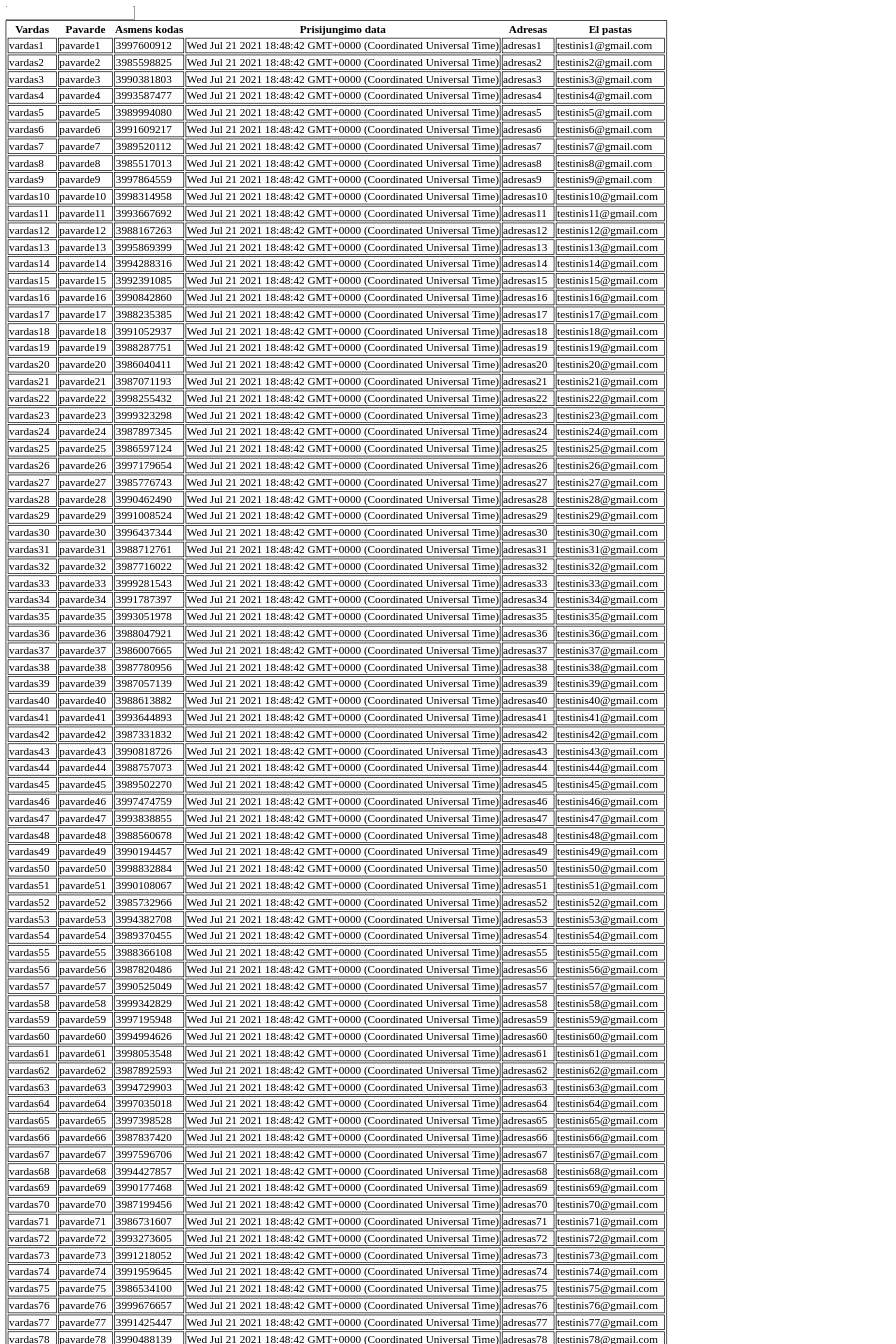
Repository: motiejus1/29-paskaita-05.31
Page: index.html
These files come from the project's save history. The page is drawn as it stood at one moment and after a run of saves; the edit follows.
The browser window is 1280 px wide. The pictures show the part of the page from y = 0 to 1920 px (the page is 4863 px tall), at 70% of full size.

Above is the page before, as saved 2021-07-21 18:48:34.

After the next 2 saves:
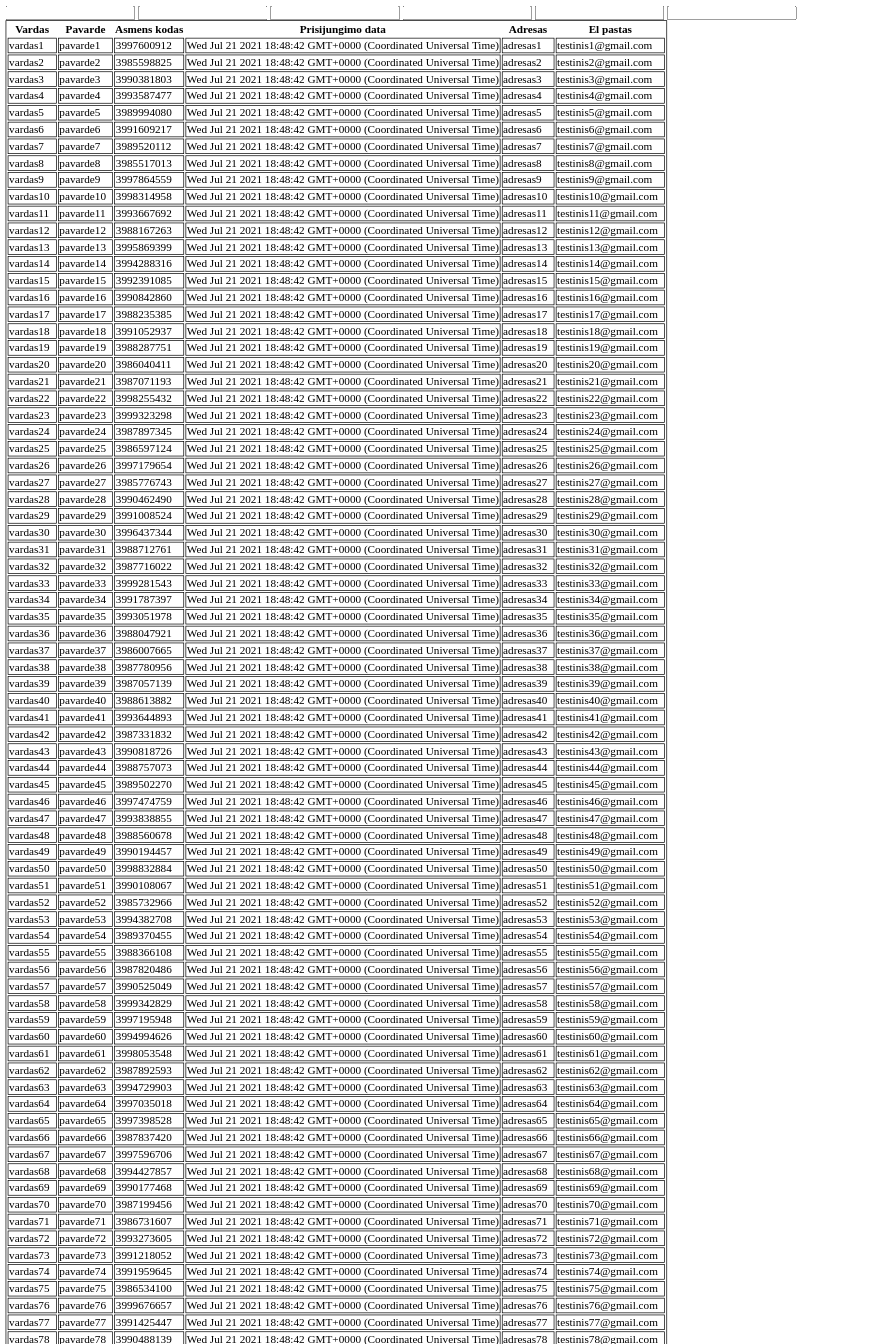
The 2 saves are shown as one change because they came seconds apart.
The last was saved 8 s later.
--- a/index.html
+++ b/index.html
@@ -18,6 +18,11 @@
 <body>
 
     <div class="kliento-ivedimas">
+        <input />
+        <input/>
+        <input/>
+        <input/>
+        <input/>
         <input/>
     </div>
 
